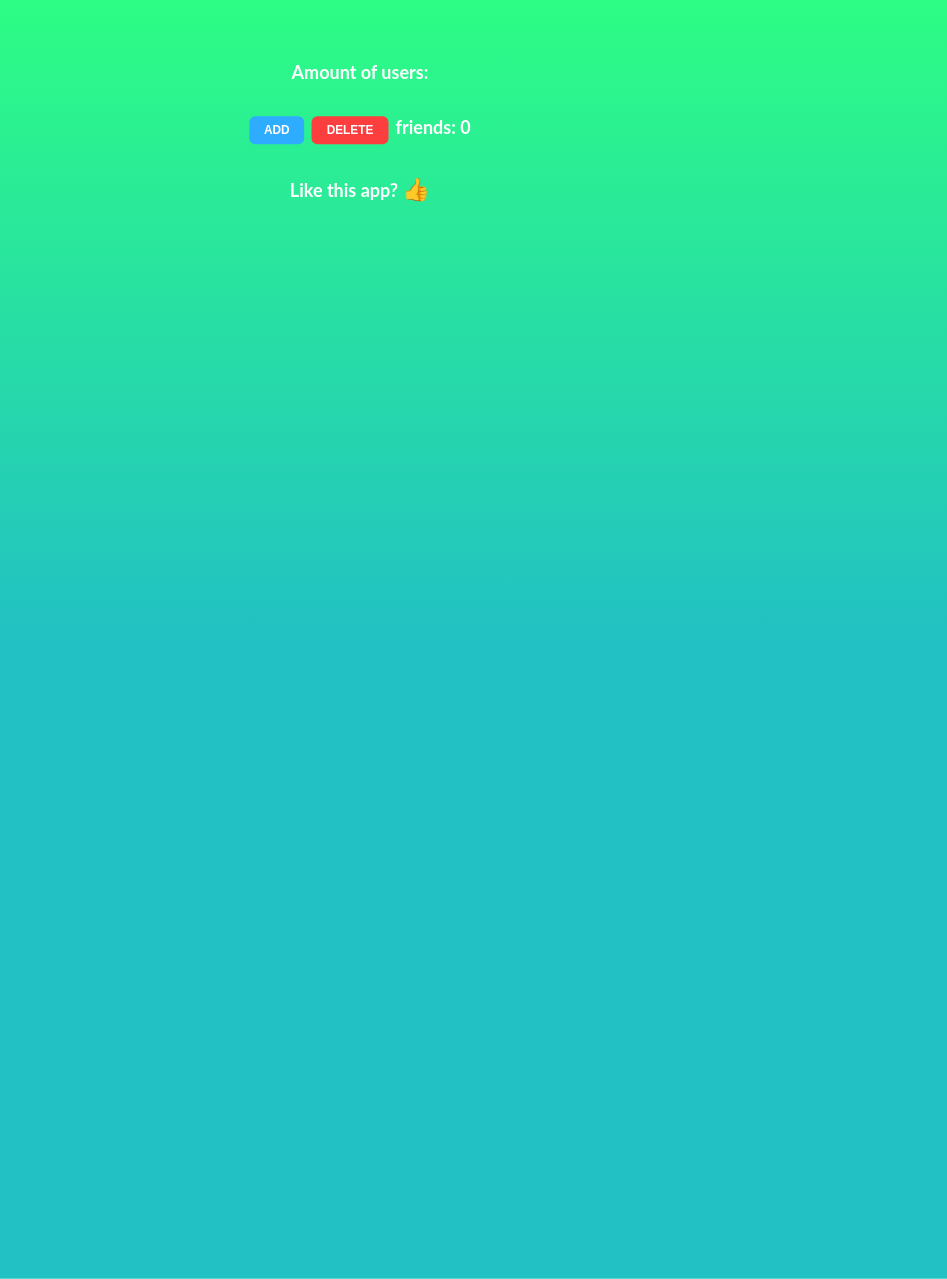
Repository: marcinszymaszek/facelook
Page: /
An editor plug-in stored every save of this project. The page is shown before and after the next save, followed by the edit.
The browser window is 1280 px wide. The pictures show the whole page, at 74% of full size.
The page's requests for data from a server got no answer. The project was rebuilt for these pictures with package versions that can differ from the ones it lists, and the page was loaded fresh each time. No one was signed in, and anything a server would have sent is missing.

Above is the page before, as saved 2020-01-20 23:57:59.

After the next save:
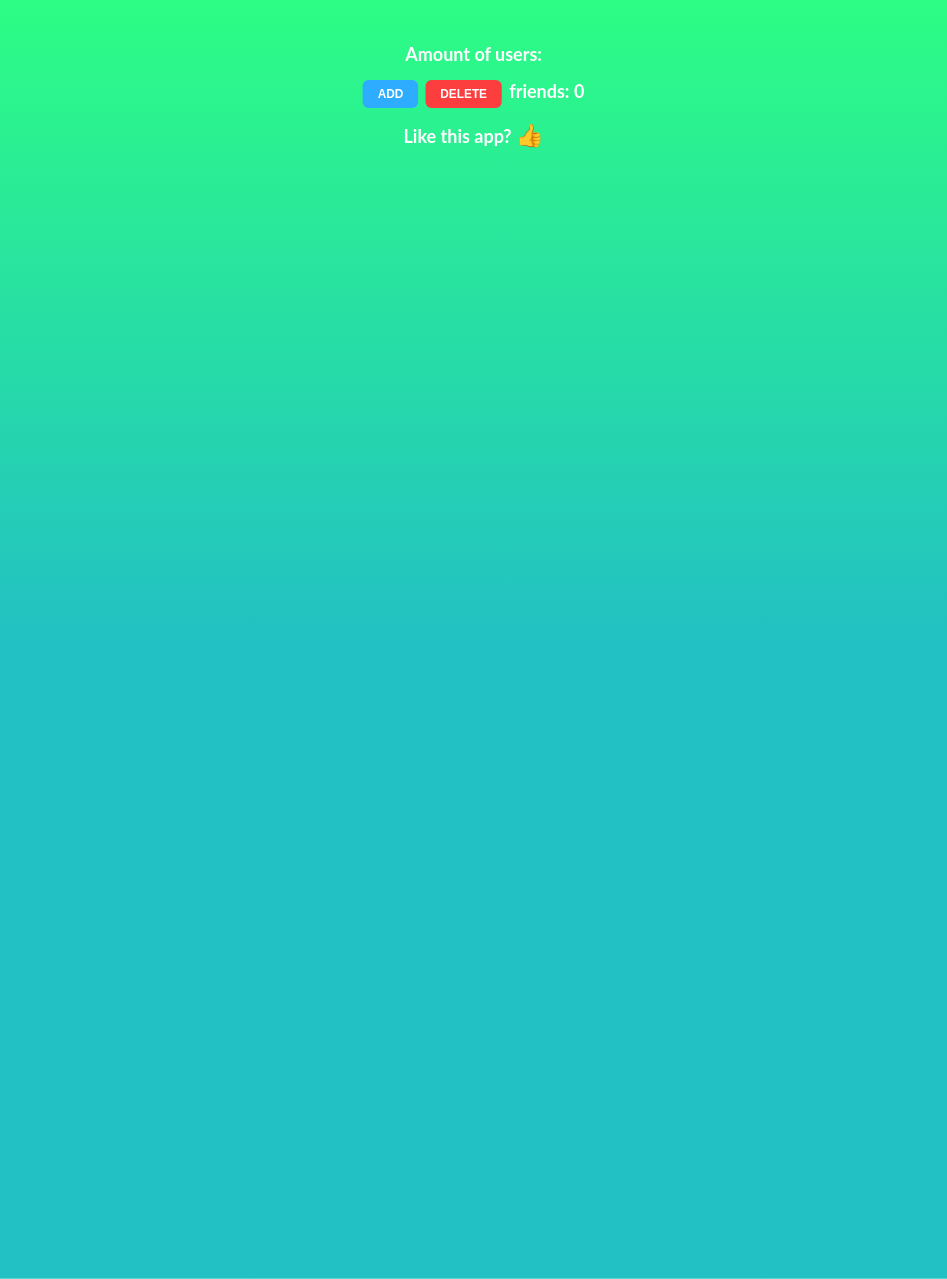
Saved 3 s later.
--- a/src/components/users/Users.js
+++ b/src/components/users/Users.js
@@ -4,7 +4,7 @@ import './Users.css'
 const Users = ({ allUsers }) => {
 
   return (
-      <div className="main-container">
+      <div className="users-container">
         {allUsers}
       </div>
   )
--- a/src/components/main/App.css
+++ b/src/components/main/App.css
@@ -15,11 +15,6 @@ body {
     font-size: 1.3rem;
     text-align: center;
     margin: 5% 20%;
-    display: flex;
-    flex-flow: column wrap;
-    max-height: 100%;
-    overflow: auto;
-    align-content: center;
 }
 
 @media screen and (max-width: 1028px){
